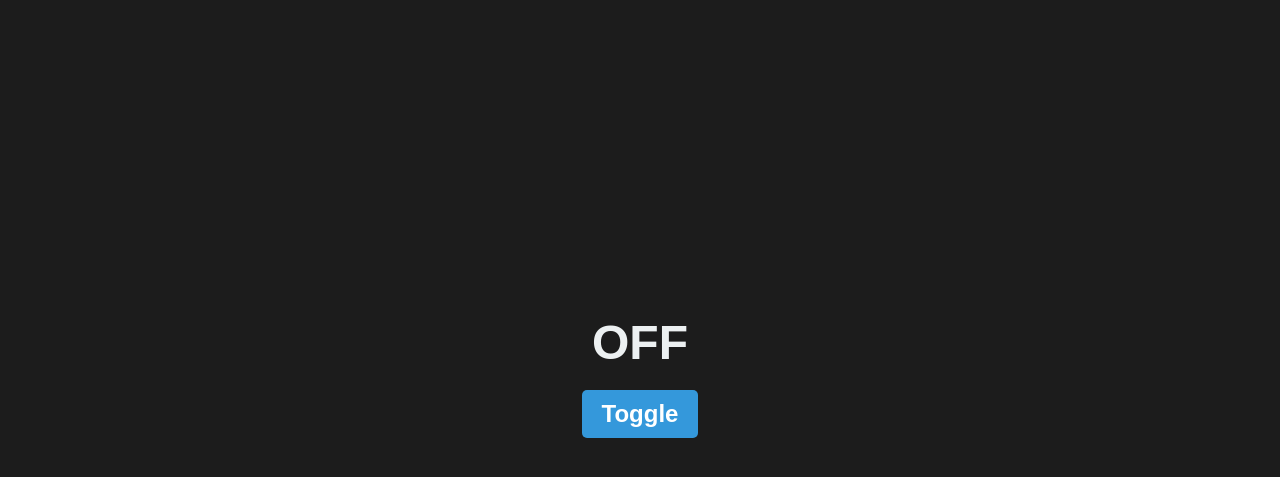
Repository: oii-233/CSEC_ASTU_Toggle
Page: index.html
These files come from the project's save history. The page is drawn as it stood at one moment and after the next save; the edit follows.
The browser window is 1280 px wide. The pictures show the whole page.

Above is the page before, as saved 2025-12-21 02:55:40.

After the next save:
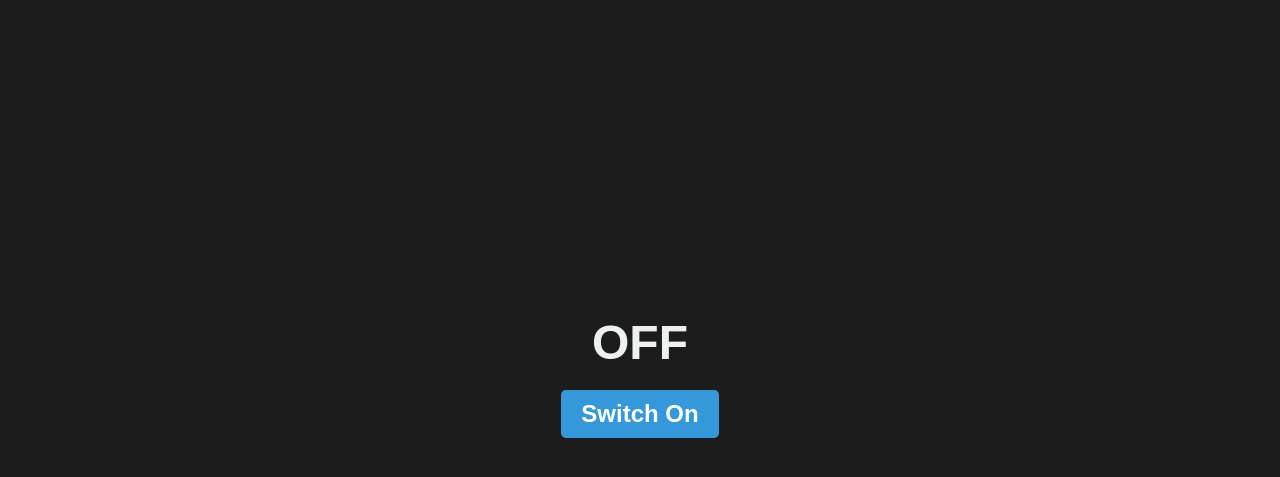
Saved 10 min 48 s later.
--- a/index.html
+++ b/index.html
@@ -1,21 +1,19 @@
 <!DOCTYPE html>
 <html lang="en">
 <head>
-    <meta charset="UTF-8">
-    <meta name="viewport" content="width=device-width, initial-scale=1.0">
-    <title>Toggle Text ON/OFF</title>
-    <!-- Link to external CSS -->
+    <script src="https://unpkg.com/lucide@latest"></script>
     <link rel="stylesheet" href="style.css">
 </head>
 <body>
 
-    <!-- Heading Section -->
     <h1 id="toggleText">OFF</h1>
 
-    <!-- Button Section -->
-    <button id="toggleBtn">Toggle</button>
+    <div id="lampContainer">
+        <i id="bulbIcon" data-lucide="lightbulb" size="100"></i>
+    </div>
 
-    <!-- Link to external JavaScript -->
+    <button id="toggleBtn">Switch On</button>
+
     <script src="script.js"></script>
 </body>
 </html>
